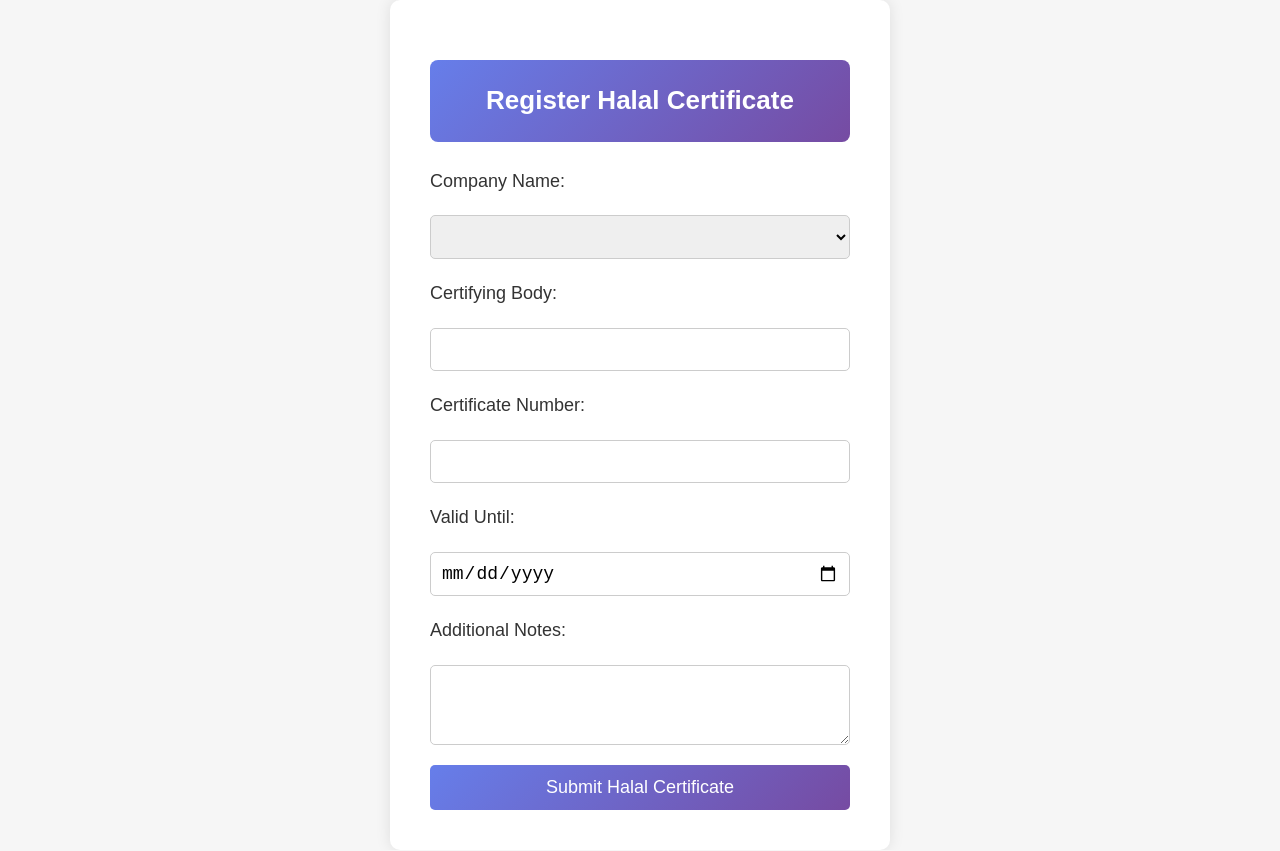
Repository: HarrishPanicker1/Blockchain_Group_AI_Assignment
Page: frontend/adding_halal_certification.html
The author's editor kept a copy of each file at every save. The page is drawn from the files as they stood at one save, then again after the next save.
The browser window is 1280 px wide. The pictures show the whole page.

Above is the page before, as saved 2025-06-15 23:13:42.

After the next save:
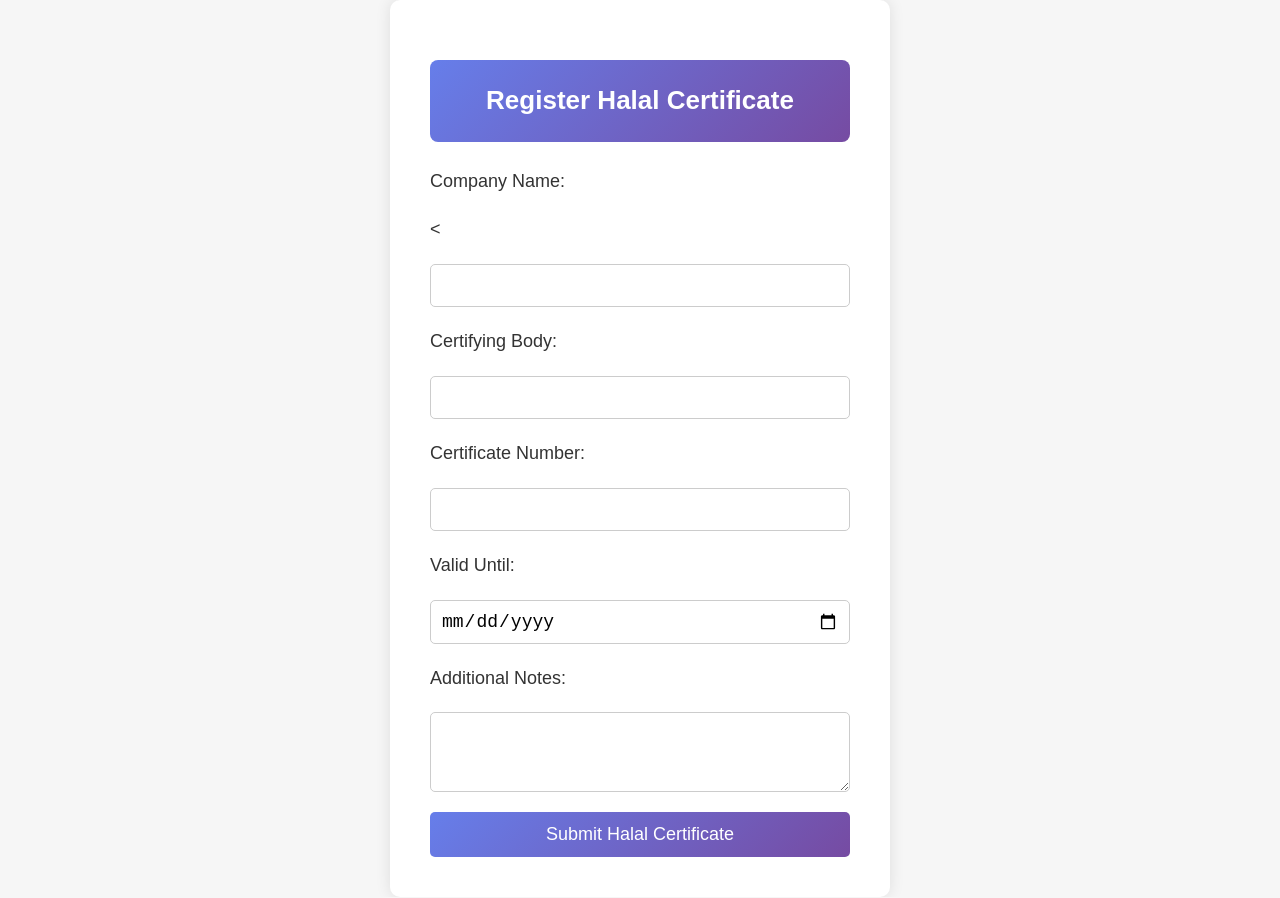
Saved 27 s later.
--- a/frontend/adding_halal_certification.html
+++ b/frontend/adding_halal_certification.html
@@ -14,7 +14,7 @@
 
     <form id="halalForm">
       <label for="company">Company Name:</label>
-      <select id="company" name="company" required></select>
+      <<input type="text" id="certBody"company" required></select>
 
 
       <label for="certBody">Certifying Body:</label>
